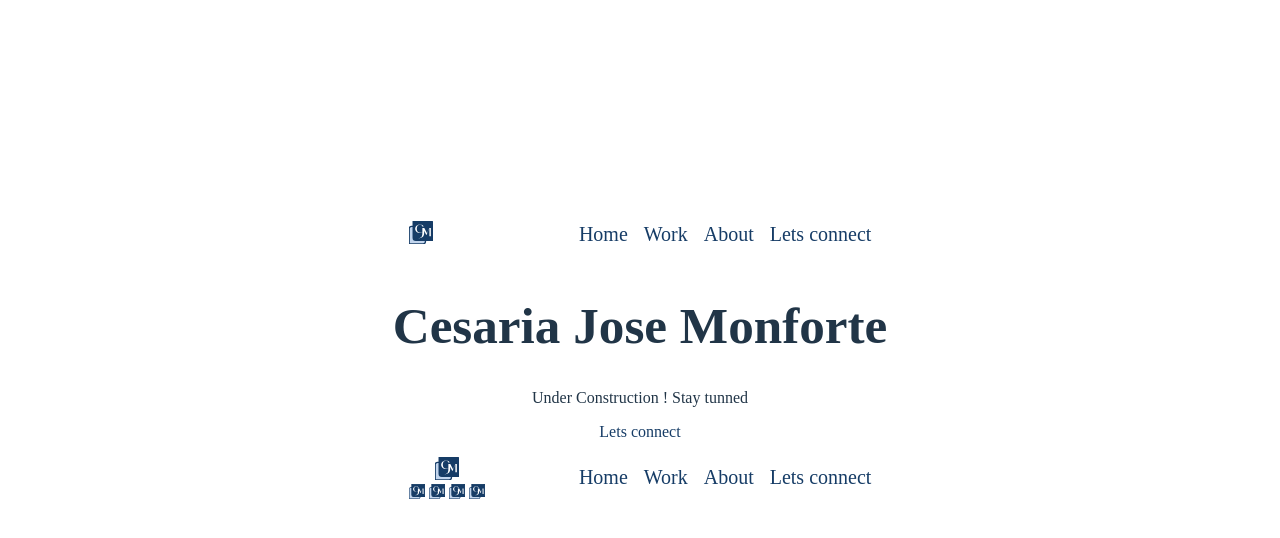
Repository: CesariaMonforte/cesariamonforte
Page: /
The author's editor kept a copy of each file at every save. The page is drawn from the files as they stood at one save, then again after the next save.
The browser window is 1280 px wide. The pictures show the whole page.
The project was rebuilt for these pictures with package versions that can differ from the ones it lists, and the page was loaded fresh each time. Also part of the build but not shown: vite.config.js.

Above is the page before, as saved 2026-01-25 11:02:40.

After the next save:
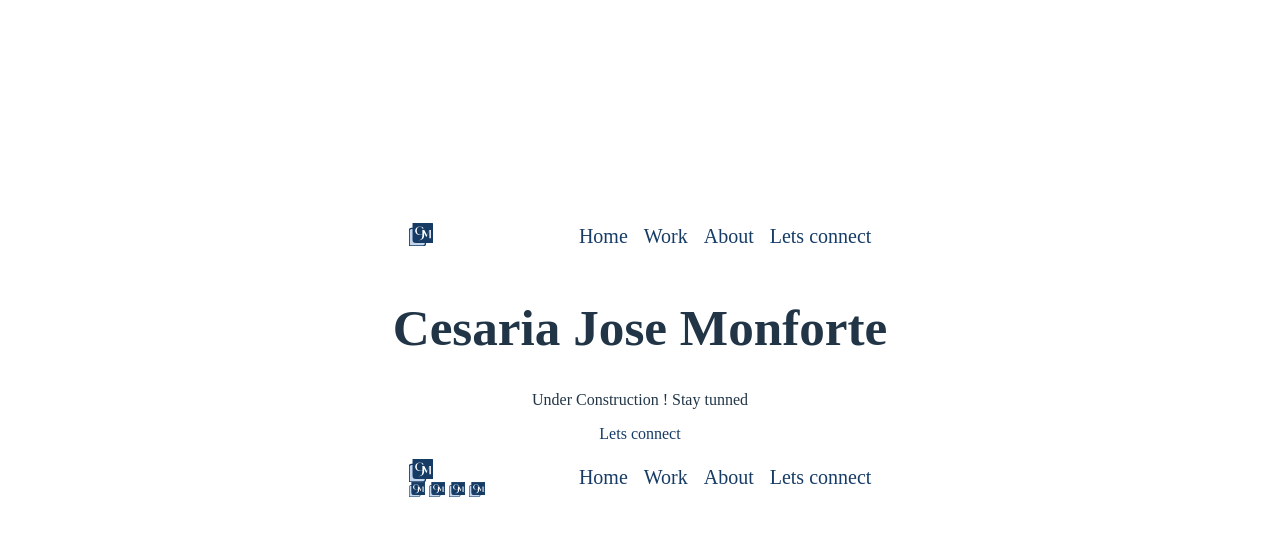
Saved 18 s later.
--- a/src/_ui/Footer/Footer.module.css
+++ b/src/_ui/Footer/Footer.module.css
@@ -22,7 +22,12 @@
         height: auto;
     }
 
-    .container_logo_connection .connection_links {
+    .container_logo_connection {
+        display: flex;
+        flex-direction: column;
+    }
+
+    .connection_links {
         display: flex;
         flex-direction: row;
         gap: var(--space-extra-small);
